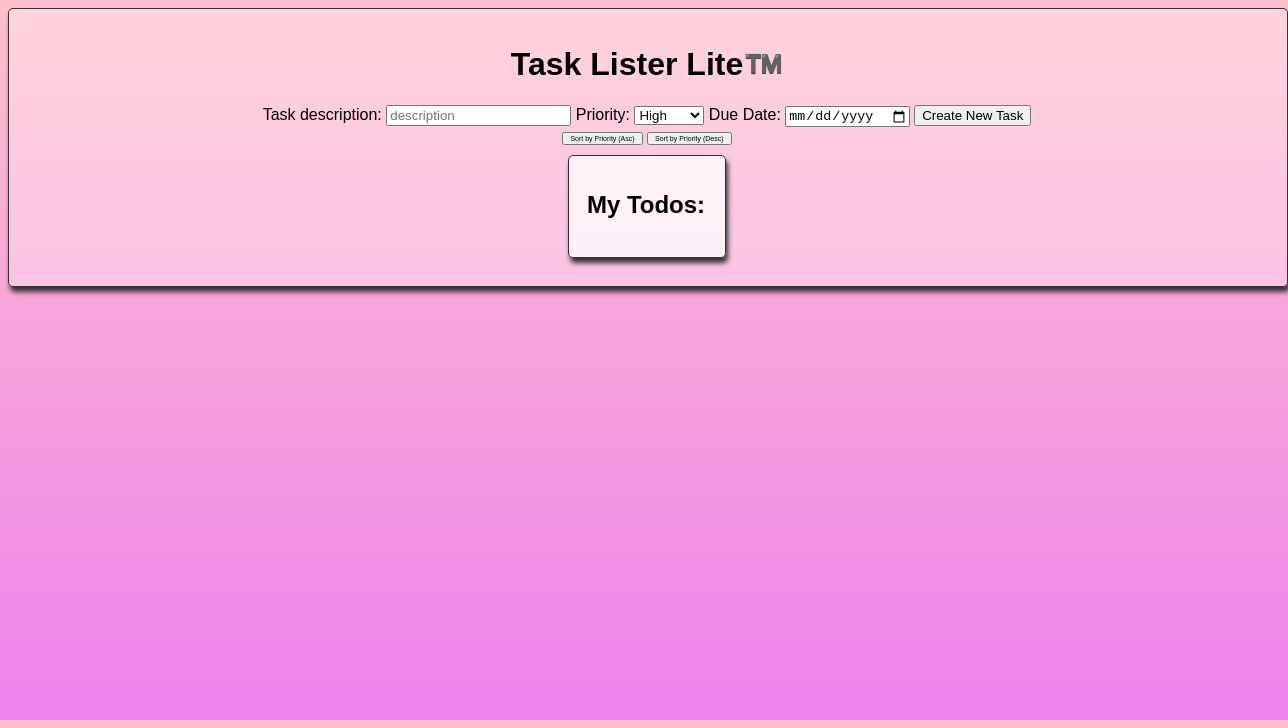
Repository: PEEZYBEE/phase-1-tasklister-mini-project
Page: index.html
These files come from the project's save history. The page is drawn as it stood at one moment and after the next save; the edit follows.
The browser window is 1280 px wide. The page is 1288 px wide, then 1280 px, so the pictures cover 1288 px, including what lies to the right of the window. The pictures show the whole page.

Above is the page before, as saved 2025-03-15 17:28:11.

After the next save:
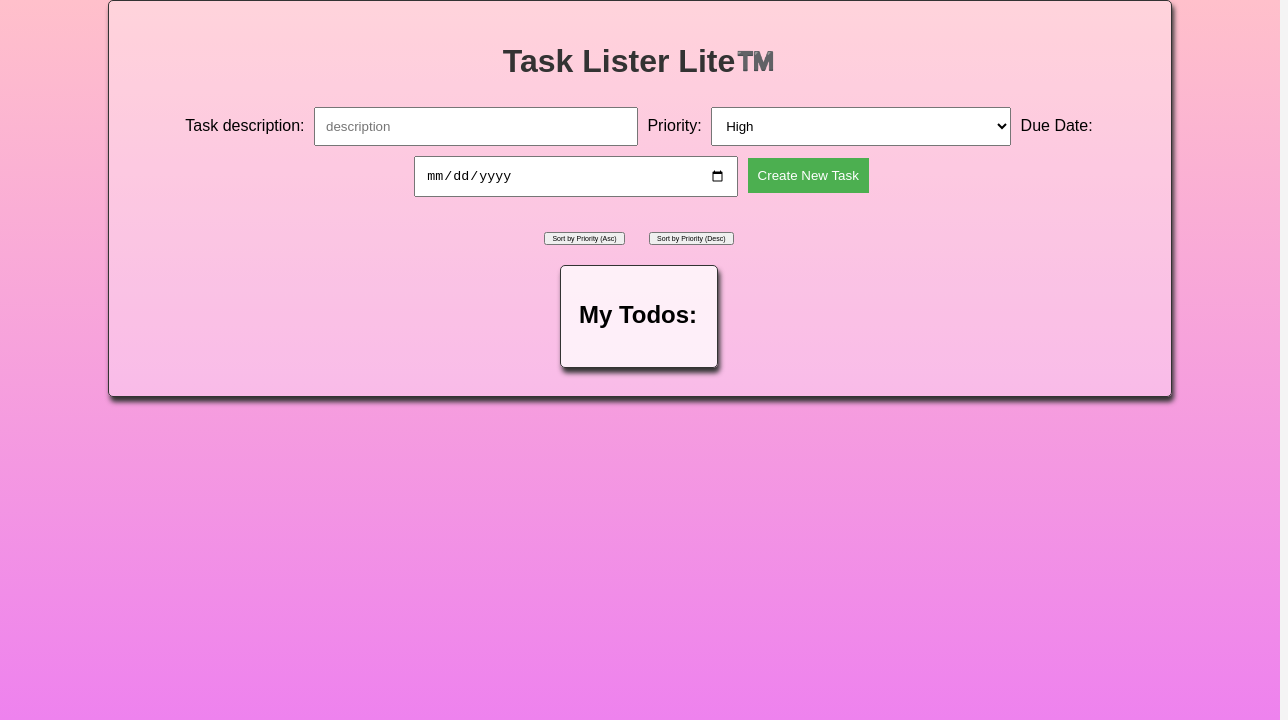
Saved 7 s later.
--- a/style.css
+++ b/style.css
@@ -35,3 +35,94 @@ button {
   border-radius: 5px;
   box-shadow: 2px 5px 5px #333;
 }
+
+/* Basic Styling for Body */
+body {
+  font-family: Arial, sans-serif;
+  background-color: #f4f4f4;
+  margin: 0;
+  padding: 0;
+}
+
+/* Main Content Container */
+#main-content {
+  width: 80%;
+  margin: 0 auto;
+  padding-top: 20px;
+  text-align: center;
+}
+
+/* Heading Styling */
+h1 {
+  color: #333;
+}
+
+/* Form Styling */
+form {
+  margin-bottom: 20px;
+}
+
+input[type="text"],
+input[type="date"],
+select {
+  padding: 10px;
+  margin: 5px;
+  width: 300px;
+}
+
+input[type="submit"] {
+  padding: 10px;
+  background-color: #4CAF50;
+  color: white;
+  border: none;
+  cursor: pointer;
+}
+
+input[type="submit"]:hover {
+  background-color: #45a049;
+}
+
+/* Task List Styling */
+#tasks {
+  list-style-type: none;
+  padding: 0;
+}
+
+li {
+  background-color: white;
+  margin: 10px 0;
+  padding: 10px;
+  border-radius: 5px;
+  display: flex;
+  justify-content: space-between;
+  align-items: center;
+  box-shadow: 0 2px 4px rgba(0, 0, 0, 0.1);
+}
+
+.delete-button {
+  background-color: #f44336;
+  color: white;
+  border: none;
+  padding: 5px 10px;
+  cursor: pointer;
+}
+
+.delete-button:hover {
+  background-color: #e53935;
+}
+
+.edit-button {
+  background-color: #ffa500;
+  color: white;
+  border: none;
+  padding: 5px 10px;
+  cursor: pointer;
+}
+
+.edit-button:hover {
+  background-color: #e68900;
+}
+
+button {
+  margin: 10px;
+}
